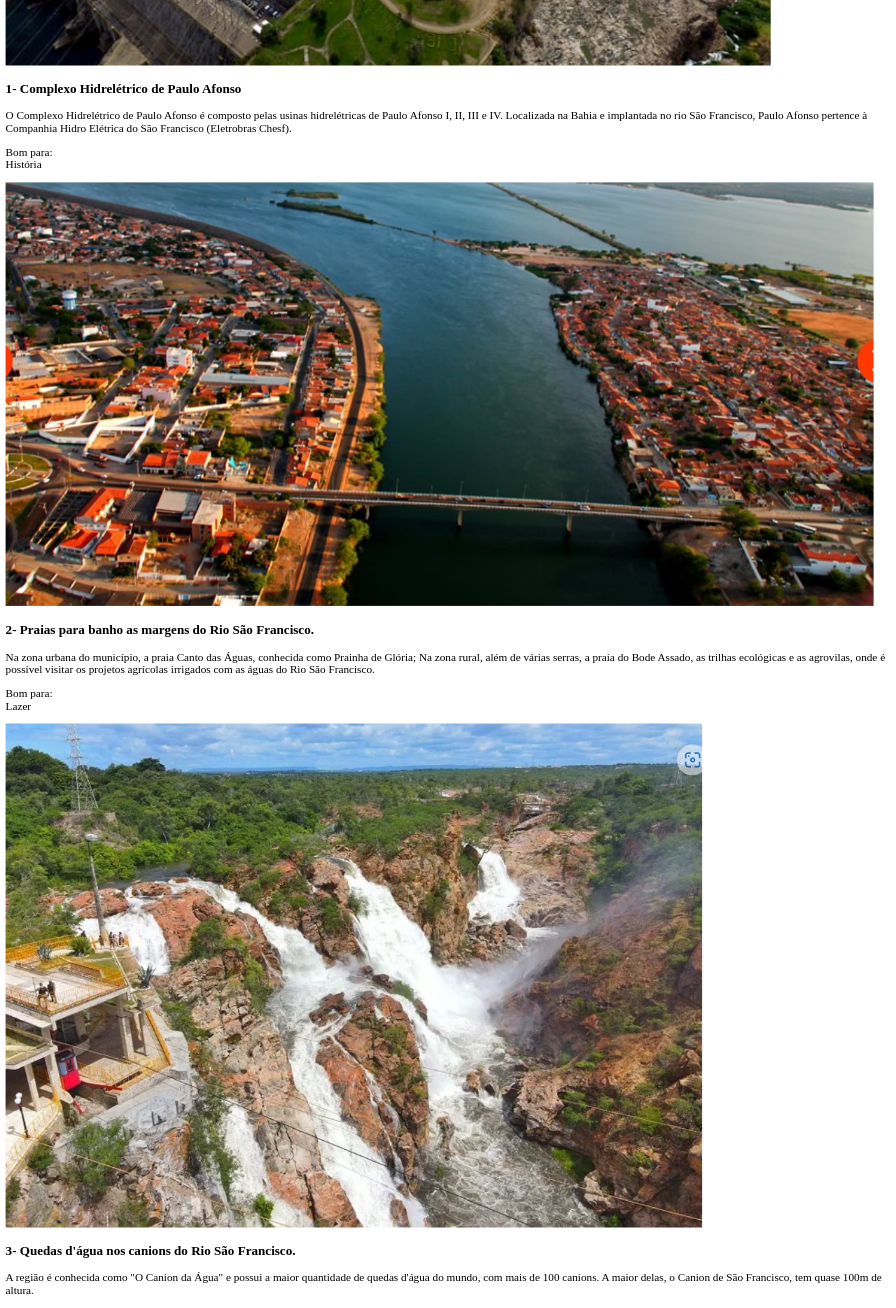
Repository: JeffRodFer/testeGitXGithub
Page: index.html
An editor plug-in stored every save of this project. The page is shown before and after the next save, followed by the edit.
The browser window is 1280 px wide. The pictures show the part of the page from y = 1722 to 3642 px (the page is 3590 px tall before and 3642 px after), at 70% of full size.

Above is the page before, as saved 2025-03-15 19:21:45.

After the next save:
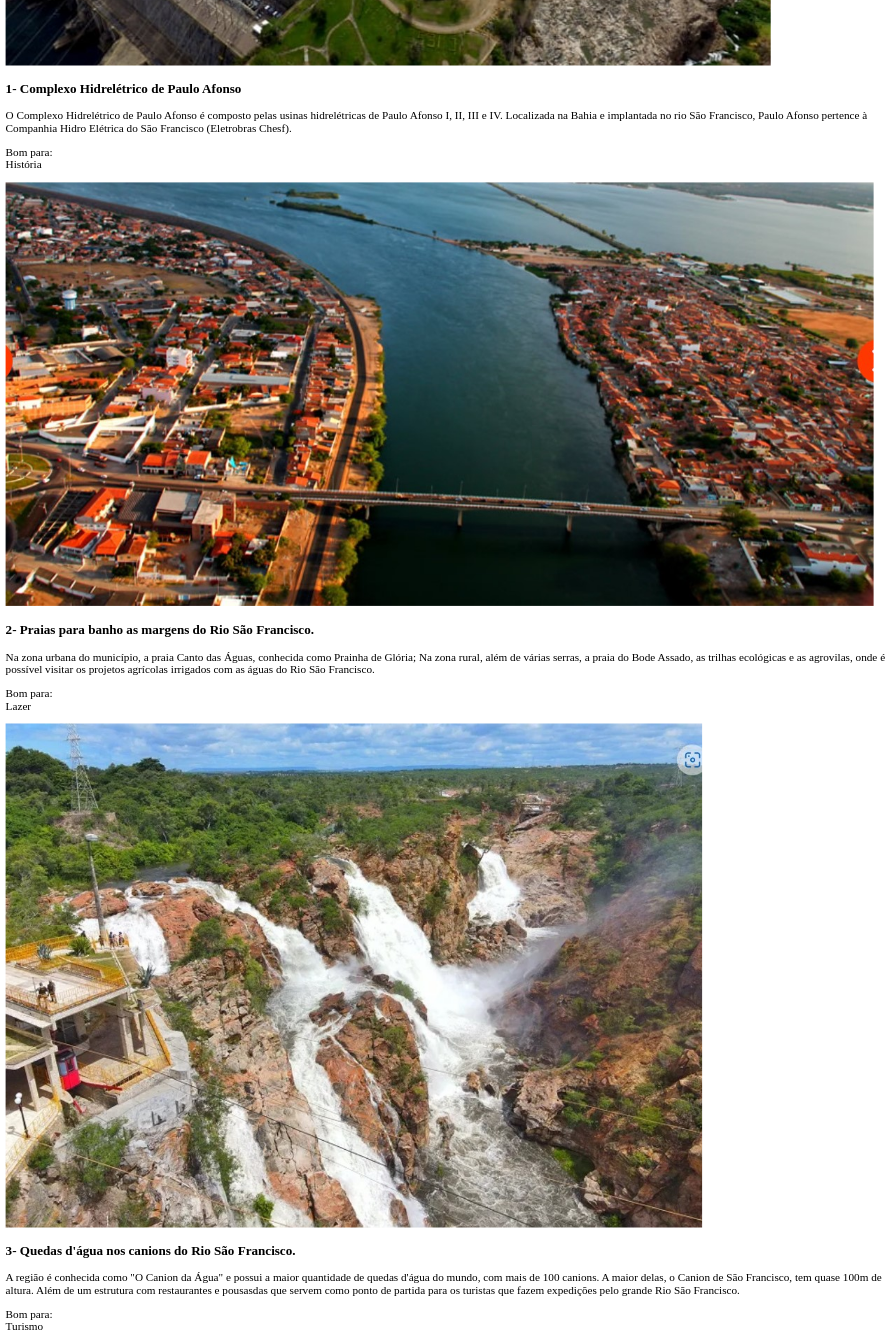
Saved 3 min 53 s later.
--- a/index.html
+++ b/index.html
@@ -41,7 +41,10 @@
                 <img src="assets/rochasagua.jpg" alt="quedas d'agua nos canions do rio são francisco">
                 <h3>3- Quedas d'água nos canions do Rio São Francisco.</h3>
                 <p>
-                    A região é conhecida como "O Canion da Água" e possui a maior quantidade de quedas d'água do mundo, com mais de 100 canions. A maior delas, o Canion de São Francisco, tem quase 100m de altura.</p>
+                    A região é conhecida como "O Canion da Água" e possui a maior quantidade de quedas d'água do mundo, com mais de 100 canions. A maior delas, o Canion de São Francisco, tem quase 100m de altura. Além de um estrutura com restaurantes e pousasdas que servem como ponto de partida para os turistas que fazem expedições pelo grande Rio São Francisco.
+                </p>
+                <p>Bom para: <br>
+                    Turismo</S></p>
             </section>
 
         </div>
